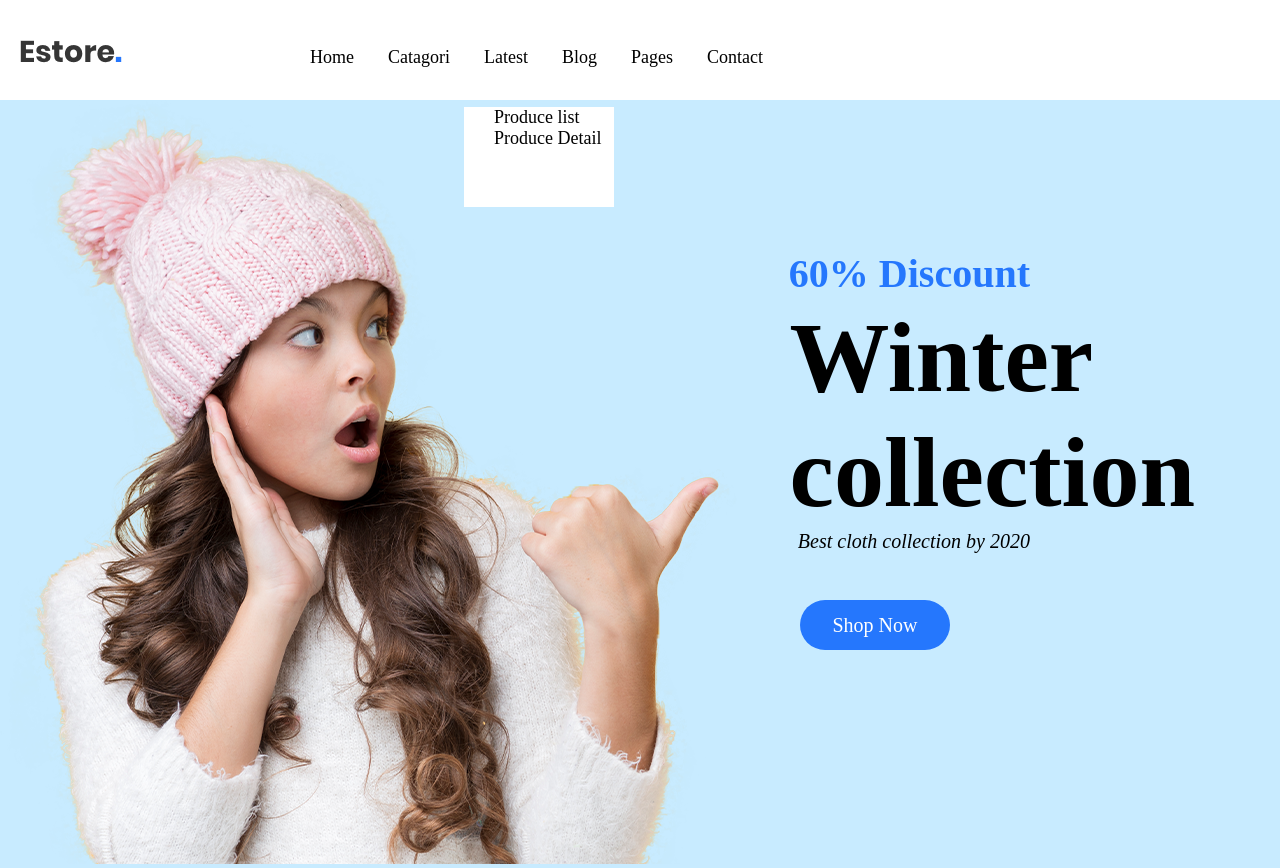
Repository: nhutduy0803/template1
Page: index.html
These files come from the project's save history. The page is drawn as it stood at one moment and after the next save; the edit follows.
The browser window is 1280 px wide. The pictures show the whole page.

Above is the page before, as saved 2021-12-02 20:55:55.
Console error: TypeError: Cannot set properties of null (setting 'onclick')

### index.html
<!DOCTYPE html>
<html lang="en">
  <head>
    <meta charset="UTF-8" />
    <meta http-equiv="X-UA-Compatible" content="IE=edge" />
    <meta name="viewport" content="width=device-width, initial-scale=1.0" />
    <title>TEMPLATE</title>
    <link rel="stylesheet" href="./assets/css/style.css" />
    <link
      rel="stylesheet"
      href="./assets/css/font/fontawesome-free-5.15.4-web/css/all.min.css"
    />
  </head>
  <body>
    <script src="./index.js"></script>
    <div class="header">
      <img class="logo" src="./assets/css/img/logo.webp" alt="" />
      <ul>
        <li>Home</li>
        <li>Catagori</li>
        <li>
          Latest
          <ul class="sub-nav">
            <li>Produce list</li>
            <li>Produce Detail</li>
          </ul>
        </li>
        <li>Blog</li>
        <li>Pages</li>
        <li>Contact</li>
      </ul>
    </div>
    <div class="slide">
      <h3>60% Discount</h3>
      <h2>
        Winter<br />
        collection
      </h2>
      <p>Best cloth collection by 2020</p>
      <div class="shop-now">Shop Now</div>
      <img src="./assets/css/img/slider.webp" alt="" />
    </div>
  </body>
</html>

### assets/css/style.css
* {
  margin: 0;
  padding: 0;
  box-sizing: border-box;
}

html {
  scroll-behavior: smooth;
}

.header {
  width: 100%;
  height: 100px;
  background-color: #fff;
}

.slide {
  width: 100%;
  height: 100%;
  background: #c8ebff;
}

.slide h3 {
  position: absolute;
  right: 250px;
  top: 250px;
  font-family: "Yellowtail", "cursive";
  color: #2577fd;
  font-size: 40px;
}

.slide h2 {
  position: absolute;
  right: 85px;
  top: 300px;
  font-size: 100px;
}

.slide p {
  font-family: "Playfair Display", serif;
  font-style: italic;
  font-size: 20px;
  position: absolute;
  right: 250px;
  top: 530px;
}

.shop-now {
  border-radius: 30px;
  display: flex;
  justify-content: center;
  align-items: center;
  position: absolute;
  right: 330px;
  top: 600px;
  color: #fff;
  font-size: 20px;
  width: 150px;
  height: 50px;
  background: #2577fd;
}

.shop-now::before {
  position: absolute;
  left: 0px;
  top: 0px;
  border-radius: 20px;
  opacity: 0.4;
  content: " ";
  width: 0px;
  height: 50px;
  background: #00b1ff;
  transition: 0.5s;
}

.shop-now:hover::before {
  width: 150px;
  transition: 0.5s;
  border-radius: 20px;
}

.logo {
  margin-left: 20px;
  margin-top: 40px;
  display: inline-block;
}

.header ul {
  margin-top: -20px;
  margin-left: 280px;
}

.header li:nth-child(3) {
  position: relative;
}

.header ul li {
  font-size: 18px;
  margin-left: 30px;
  display: inline-block;
  font-weight: 500;
}
.header ul li:hover {
  transition: 0.3s;
  color: #dc3545;
}

.sub-nav li {
  display: block;
}

.sub-nav {
  position: absolute;
  top: 80px;
  left: -300px;
  background: #fff;
  width: 150px;
  height: 100px;
}

### index.js
var slide = document.querySelector(".slide-card");
var uparrow = document.querySelector(".prev");
var downarrow = document.querySelector(".next");
let x = 0;
downarrow.onclick = function () {
  if (x > "-1000") {
    x = x - 300;
    slide.style.left = x + "px";
  }
};
uparrow.onclick = function () {
  if (x < "0") {
    x = x + 320;
    slide.style.left = x + "px";
  }
};

Loaded but not shown: assets/css/font/fontawesome-free-5.15.4-web/css/all.min.css (library)

After the next save:
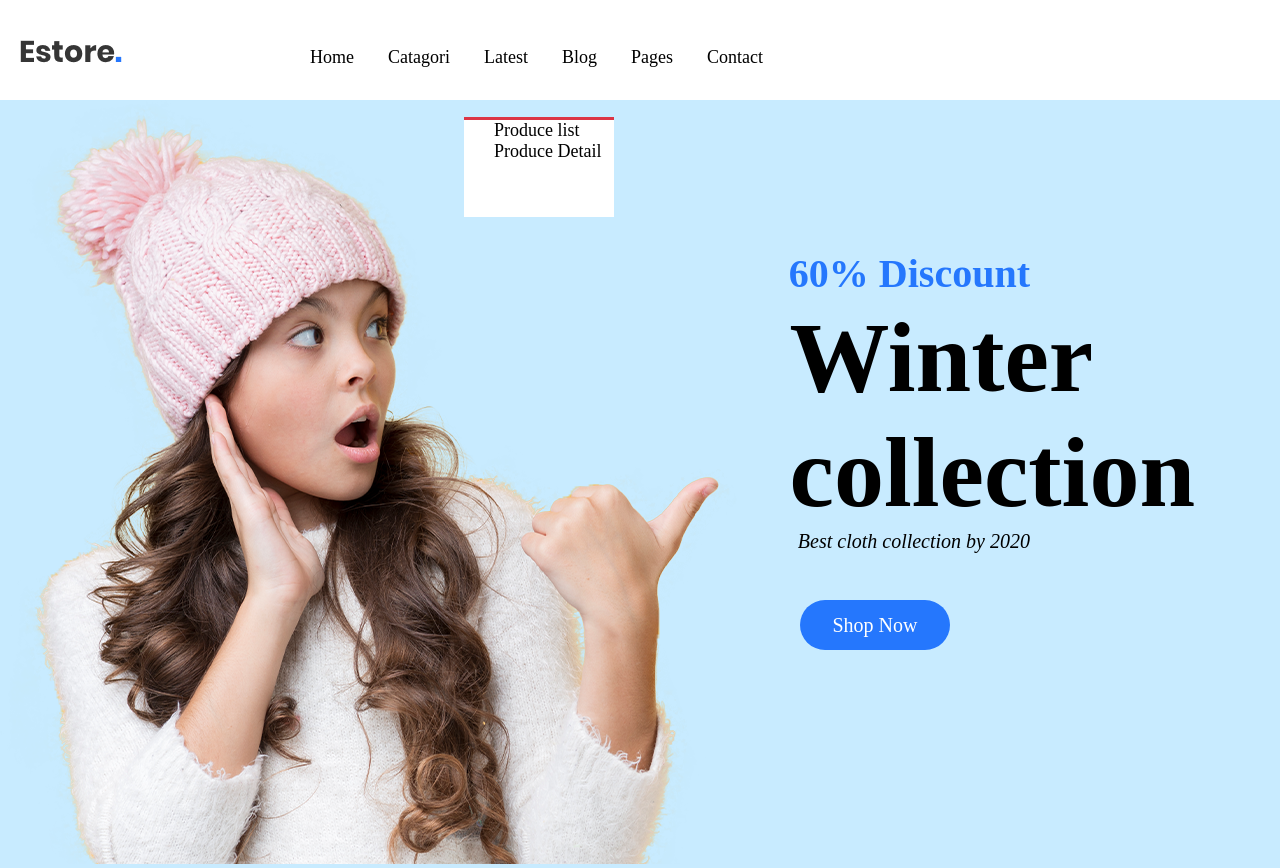
Saved 18 s later.
--- a/assets/css/style.css
+++ b/assets/css/style.css
@@ -110,8 +110,9 @@ html {
 }
 
 .sub-nav {
+  border-top: 3px solid #dc3545;
   position: absolute;
-  top: 80px;
+  top: 90px;
   left: -300px;
   background: #fff;
   width: 150px;
